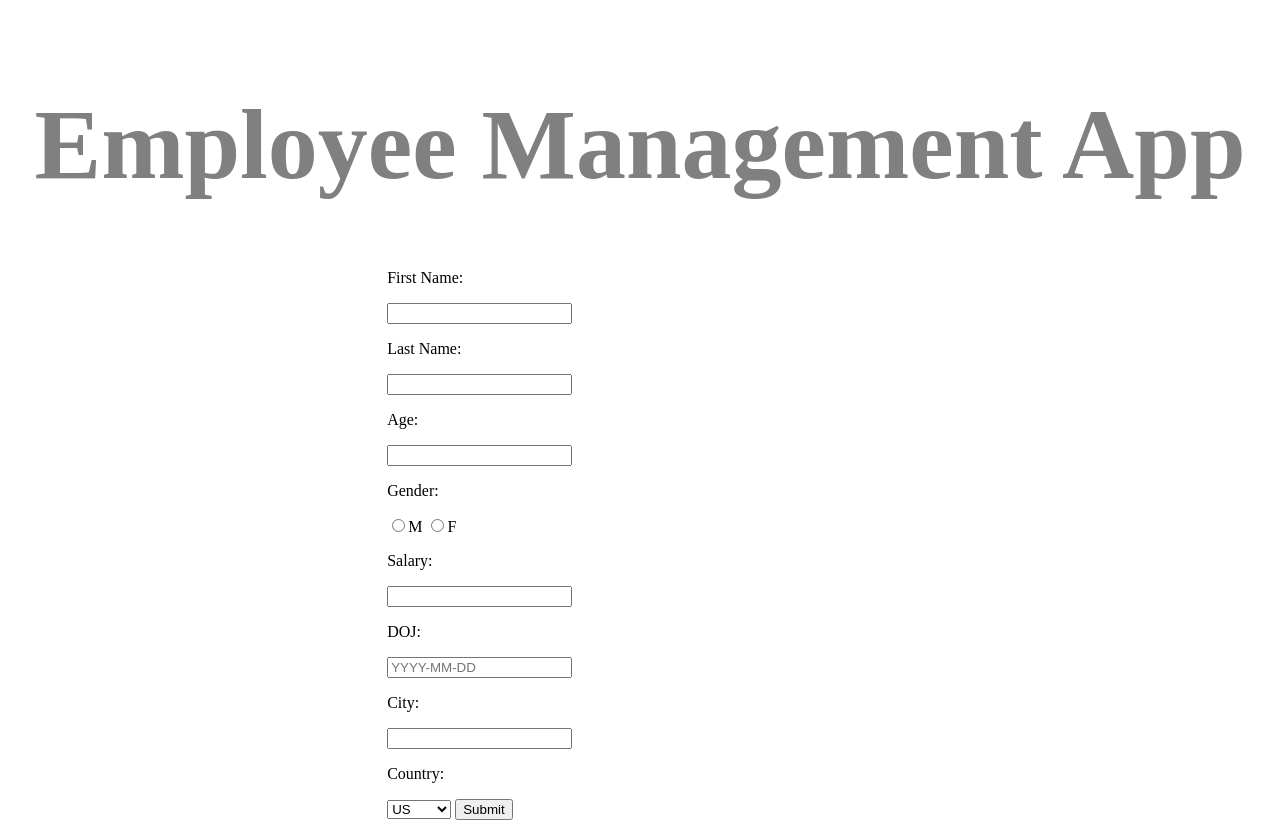
Repository: SaumyaGuptaTechnokrat/Employee_management
Page: http://localhost/Employee/index.jsp
These files come from the project's save history. The page is drawn as it stood at one moment and after the next save; the edit follows.
The browser window is 1280 px wide. The pictures show the whole page.
The page is served by Tomcat 9. Other server files are loaded and not shown.

Above is the page before, as saved 2023-02-10 17:28:34.

### Employee/src/main/webapp/index.jsp
<%@ page language="java" contentType="text/html; charset=ISO-8859-1"
    pageEncoding="ISO-8859-1"%>
<!DOCTYPE html>
<html>
<head>
<meta charset="ISO-8859-1">
<title>Insert title here</title>

</head>
<body>
<h1 style="text-align:center;padding-top:20px;color:gray;font-size:100px;">Employee Management App</h1>
<div style="margin:0% 30%;">
<form action="addRecord.jsp" method="post" >

		<p>First Name:</p><input name="fName" type="text"><br>
		<p>Last Name:</p><input name="lName" type="text"><br>
		<p>Age:</p><input name="age" type="number"><br>
		<p>Gender:</p><input name="Gender" type="radio" value="Male">M
		<input type="radio" name="Gender" value="Female">F<br>
		<p>Salary:</p><input name="salary" type="text"><br>
		<p>DOJ:</p><input name="Doj" placeholder="YYYY-MM-DD" type="text"><br>
		<p>City:</p><input name="City" type="text"><br>
		<p>Country:</p><select name="Country">
		<option value="US">US<option/>
		<option value="US">INDIA<option/>
		<option value="US">UK<option/>
		<option value="US">JAPAN<option/>
		</select>
		<input type="button" value="Submit">
</form>
	</div>

</body>
</html>

After the next save:
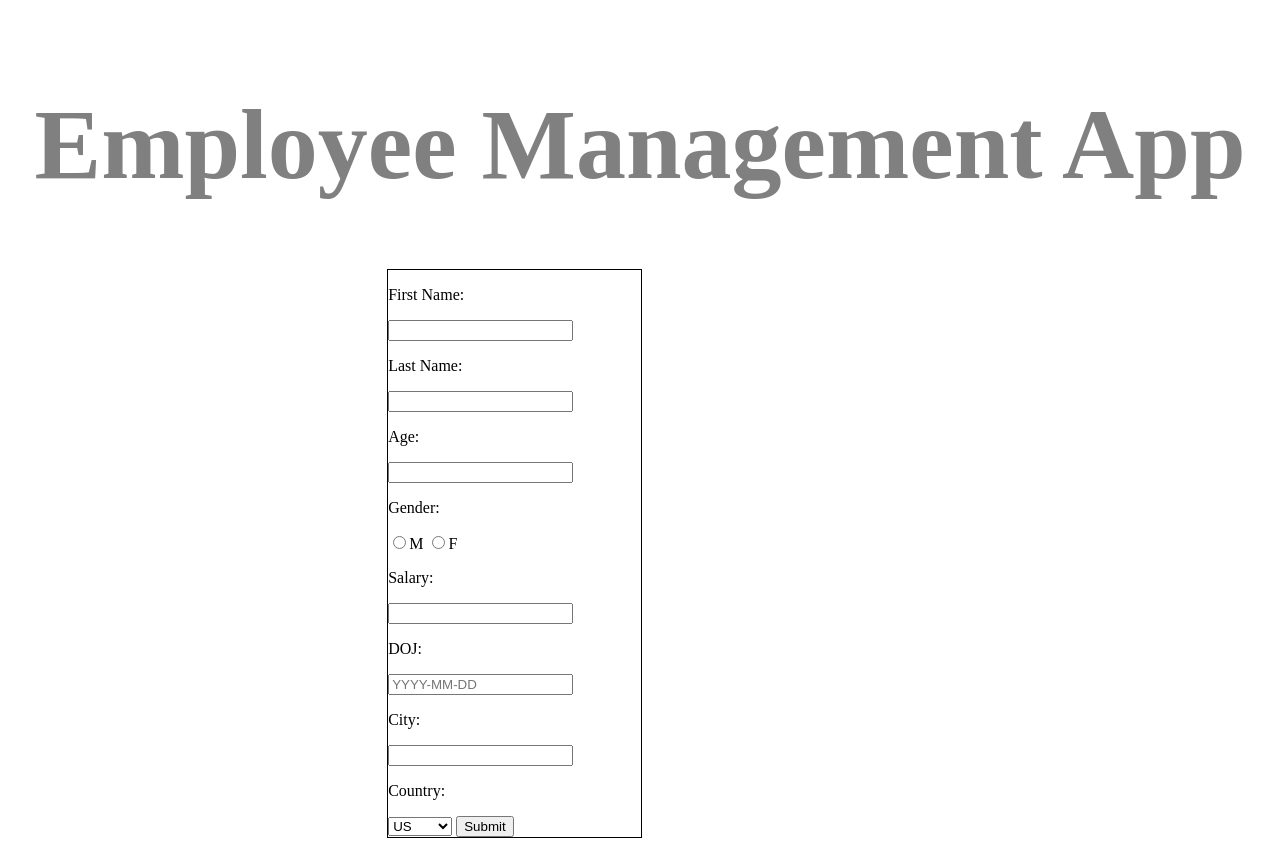
Saved 33 s later.
--- a/Employee/src/main/webapp/index.jsp
+++ b/Employee/src/main/webapp/index.jsp
@@ -9,7 +9,7 @@
 </head>
 <body>
 <h1 style="text-align:center;padding-top:20px;color:gray;font-size:100px;">Employee Management App</h1>
-<div style="margin:0% 30%;">
+<div style="margin:0% 30%;width:20%;border:1px black solid;'">
 <form action="addRecord.jsp" method="post" >
 
 		<p>First Name:</p><input name="fName" type="text"><br>
